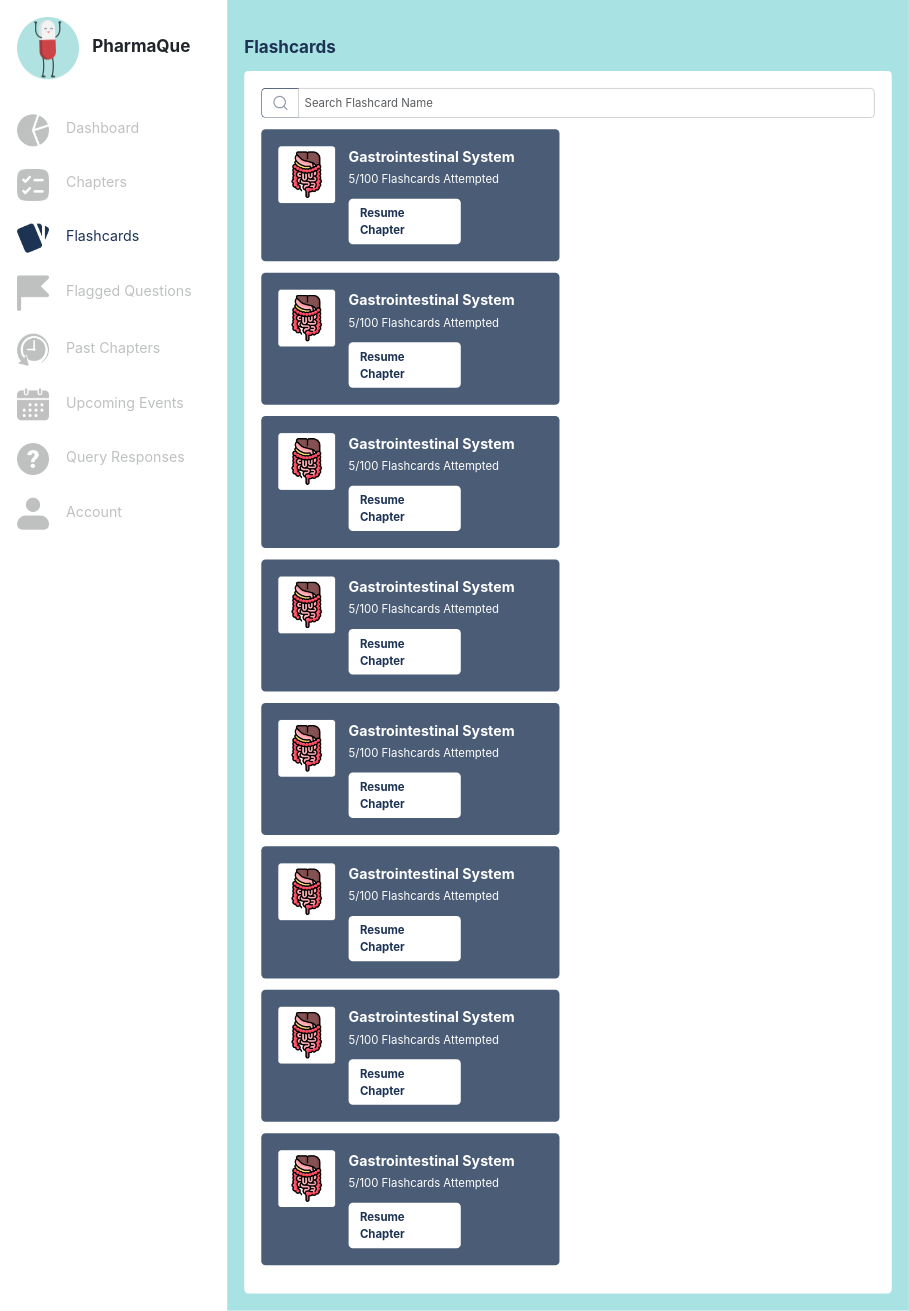
Repository: Kronium345/new_pharmaque_web_app
Page: /flashcards
The author's editor kept a copy of each file at every save. The page is drawn from the files as they stood at one save, then again after the next save.
The browser window is 1280 px wide. The pictures show the whole page, at 71% of full size.
The page's requests for data from a server got no answer. The project was rebuilt for these pictures with package versions that can differ from the ones it lists, and the page was loaded fresh each time. No one was signed in, and anything a server would have sent is missing. Also part of the build but not shown: src/pages/Login.js, src/pages/MyAccount.js, src/pages/UpcomingEvents.js, src/pages/UpcomingEvents2.js, src/pages/Chapters.js, src/pages/Dashboard.js, src/pages/FlaggedQuestions.js, src/pages/FlashcardQuestion.js and 34 more.

Above is the page before, as saved 2024-03-10 22:52:53.

After the next save:
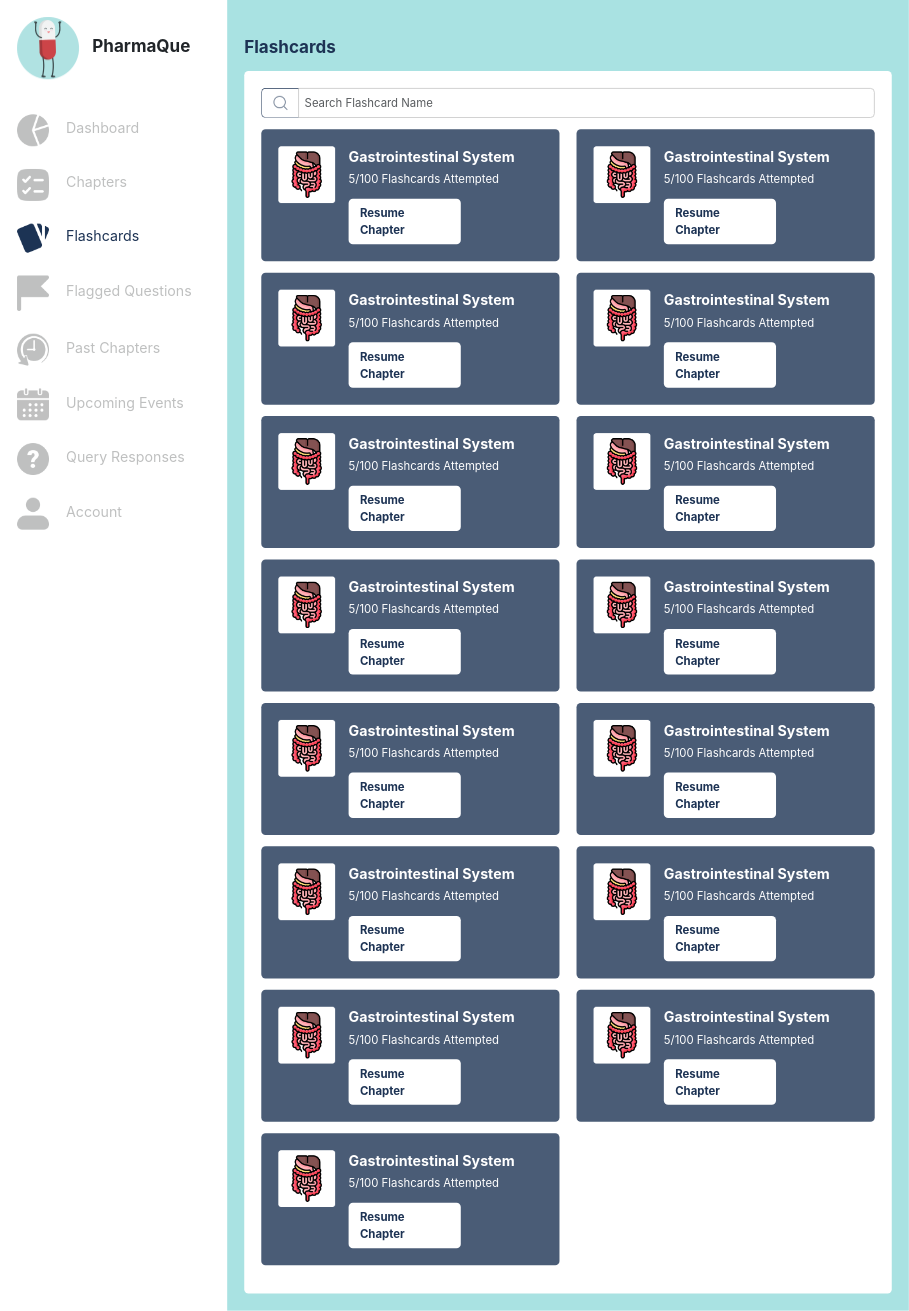
Saved 9 s later.
--- a/src/pages/Flashcards.js
+++ b/src/pages/Flashcards.js
@@ -131,36 +131,38 @@ const Flashcards = () => {
                   </form>
                   {FLASHCARDS.map((row, index) => (
                     <div class="row" key={index}>
-                      <div class="col-sm-6 mb-3">
-                        <div class="card p-4 mediumbluebg">
-                          <div class="row">
-                            <div class="col-sm-3">
-                              <img
-                                src="images/GastroIcon.png"
-                                class="icon"
-                                alt="icon"
-                              />
-                            </div>
-                            <div class="col-sm-9">
-                              <p class="fs-5 fw-bold whitetext mb-1">
-                                Gastrointestinal System
-                              </p>
-                              <p class="fs-6 whitetext mb-3">
-                                5/100 Flashcards Attempted
-                              </p>
-
-                              <Link
-                                to="/flashcardquestion"
-                                class="removeunderline boldtext navybluetext fw-bold"
-                              >
-                                <div class="px-3 py-2 whitebg pseudobutton">
-                                  Resume Chapter
-                                </div>
-                              </Link>
+                      {row.map((chapter, index) => (
+                        <div class="col-sm-6 mb-3">
+                          <div class="card p-4 mediumbluebg">
+                            <div class="row">
+                              <div class="col-sm-3">
+                                <img
+                                  src="images/GastroIcon.png"
+                                  class="icon"
+                                  alt="icon"
+                                />
+                              </div>
+                              <div class="col-sm-9">
+                                <p class="fs-5 fw-bold whitetext mb-1">
+                                  Gastrointestinal System
+                                </p>
+                                <p class="fs-6 whitetext mb-3">
+                                  5/100 Flashcards Attempted
+                                </p>
+
+                                <Link
+                                  to="/flashcardquestion"
+                                  class="removeunderline boldtext navybluetext fw-bold"
+                                >
+                                  <div class="px-3 py-2 whitebg pseudobutton">
+                                    Resume Chapter
+                                  </div>
+                                </Link>
+                              </div>
                             </div>
                           </div>
                         </div>
-                      </div>
+                      ))}
                     </div>
                   ))}
                 </div>
